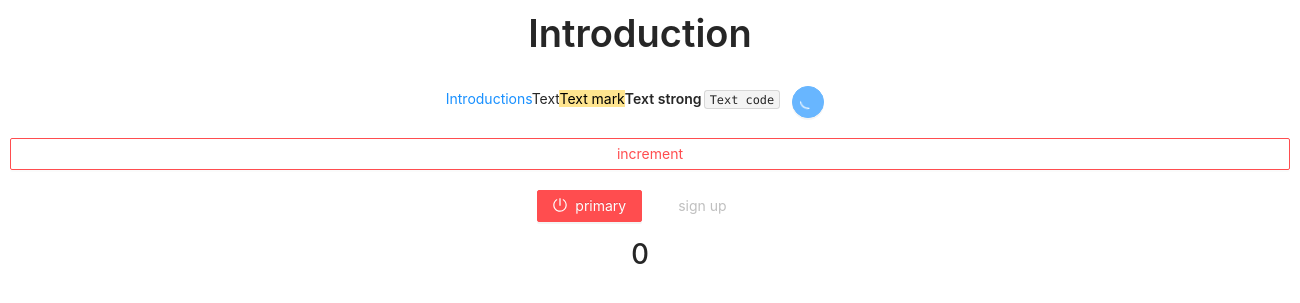
Repository: ErosHai/antd-demo
Page: /
An editor plug-in stored every save of this project. The page is shown before and after the next save, followed by the edit.
The browser window is 1280 px wide. The page is 1300 px wide, so the pictures cover 1300 px, including what lies to the right of the window. The pictures show the whole page.
The project was rebuilt for these pictures with package versions that can differ from the ones it lists, and the page was loaded fresh each time.

Above is the page before, as saved 2022-04-12 15:18:56.

### src/index.js
import React from 'react'
import { createRoot } from 'react-dom/client'
import './index.css'
import App from './App'
import reportWebVitals from './reportWebVitals'

const root = createRoot(document.getElementById('root'))
root.render(<App />)

// If you want to start measuring performance in your app, pass a function
// to log results (for example: reportWebVitals(console.log))
// or send to an analytics endpoint. Learn more: https://bit.ly/CRA-vitals
reportWebVitals()

### src/App.js
import './App.css'
import { Button, Tooltip, Typography } from 'antd'
import { SearchOutlined } from '@ant-design/icons'
import { useState } from 'react'
import { PoweroffOutlined } from '@ant-design/icons'

function App() {
	const [count, setCount] = useState(0)

	const { Title, Link, Text } = Typography

	return (
		<div className="App">
			<Title>Introduction</Title>
			<Link>Introductions</Link>
			<Text>Text</Text>
			<Text mark>Text mark</Text>
			<Text strong>Text strong</Text>
			<Text code>Text code</Text>

			<Tooltip title="search">
				<Button
					type="primary"
					shape="circle"
					loading="true"
					icon={<SearchOutlined />}
				></Button>
			</Tooltip>
			<Button
				type="default"
				onClick={() => {
					setCount(count + 1)
				}}
				block
				ghost
				danger
			>
				increment
			</Button>
			<Button type="primary" danger icon={<PoweroffOutlined />}>
				primary
			</Button>
			<Button type="text" disabled>
				sign up
			</Button>

			<h1> {count} </h1>
		</div>
	)
}

export default App

### src/App.css
@import '~antd/dist/antd.css';

.App {
  text-align: center;
  /* background-color: #282c34; */
  padding:10px 0px;

}
.App button {
  margin:  10px;
}
.App-logo {
  height: 40vmin;
  pointer-events: none;
}

@media (prefers-reduced-motion: no-preference) {
  .App-logo {
    animation: App-logo-spin infinite 20s linear;
  }
}

.App-header {
  background-color: #282c34;
  min-height: 100vh;
  display: flex;
  flex-direction: column;
  align-items: center;
  justify-content: center;
  font-size: calc(10px + 2vmin);
  color: white;
}

.App-link {
  color: #61dafb;
}

@keyframes App-logo-spin {
  from {
    transform: rotate(0deg);
  }
  to {
    transform: rotate(360deg);
  }
}

Loaded but not shown: public/index.html (common file); src/index.css (common file); src/reportWebVitals.js (common file)

After the next save:
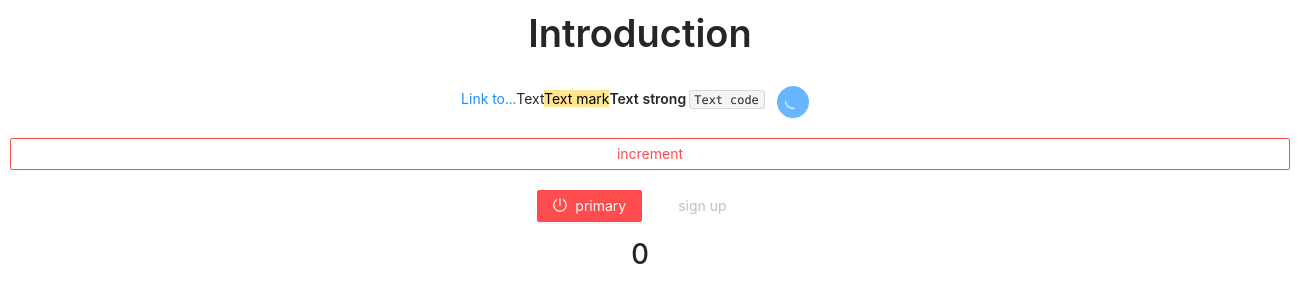
Saved 104 s later.
--- a/src/App.js
+++ b/src/App.js
@@ -12,7 +12,7 @@ function App() {
 	return (
 		<div className="App">
 			<Title>Introduction</Title>
-			<Link>Introductions</Link>
+			<Link href>Link to...</Link>
 			<Text>Text</Text>
 			<Text mark>Text mark</Text>
 			<Text strong>Text strong</Text>
